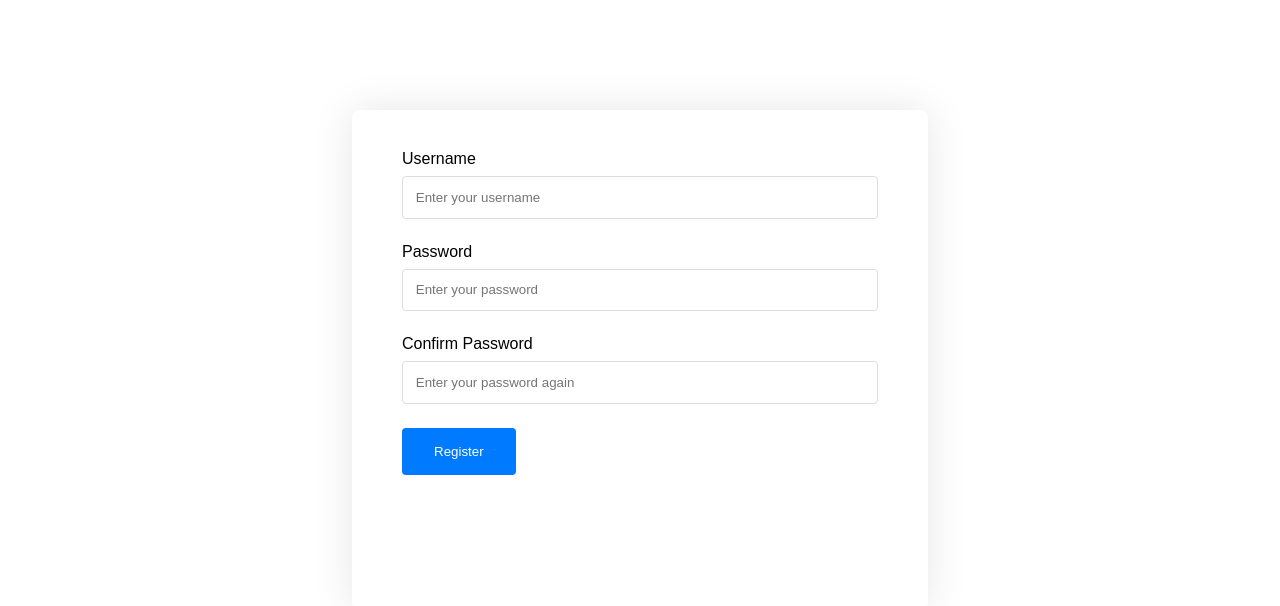
Repository: karicat996/-
Page: /Register
An editor plug-in stored every save of this project. The page is shown before and after the next save, followed by the edit.
The browser window is 1280 px wide. The pictures show the whole page.
The project was rebuilt for these pictures with package versions that can differ from the ones it lists, and the page was loaded fresh each time. Also part of the build but not shown: vite.config.ts, src/index.css, src/pages/Calendar/CalendarPage.tsx, src/pages/Home/HomePage.tsx, src/pages/Plan/Plans.tsx, src/layouts/Layouts.tsx, src/pages/TestDemo/index.tsx, src/pages/404.tsx and 1 more.

Above is the page before, as saved 2025-03-23 16:46:47.

After the next save:
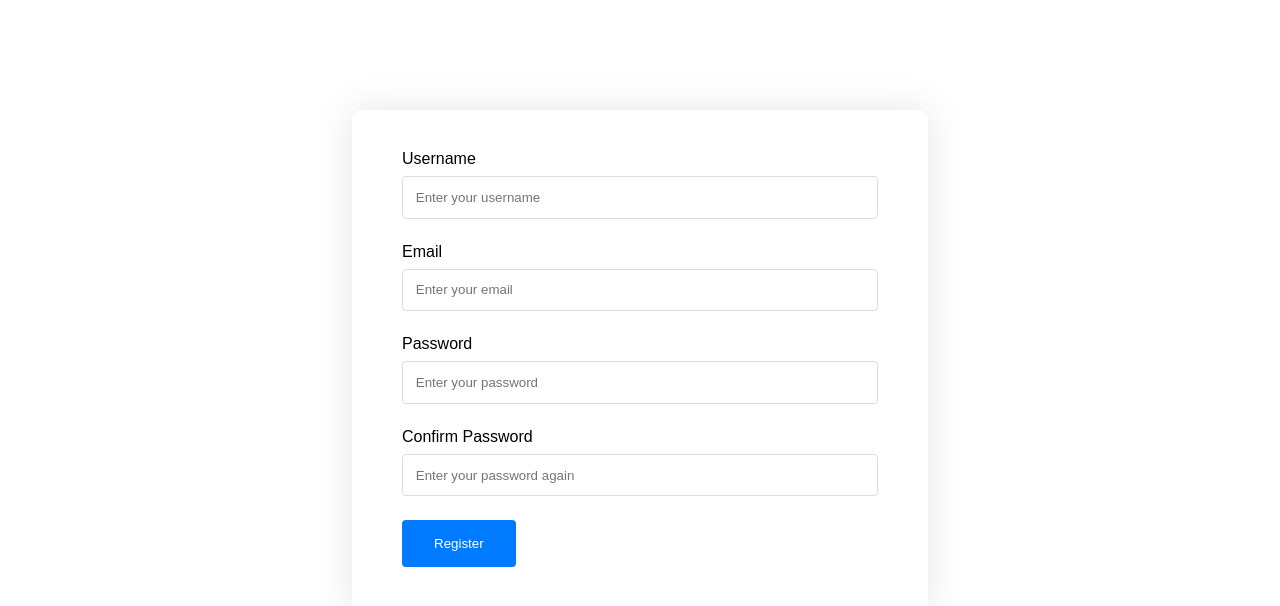
Saved 5 h 7 min later.
--- a/src/pages/User/Register.tsx
+++ b/src/pages/User/Register.tsx
@@ -85,6 +85,17 @@ export const RegisterPage: React.FC =()=>{
             {errors.username  && <span className="error">{errors.username}</span>}
         </div>
         <div className="form-group">
+            <label htmlFor="email">Email</label>
+            <input type="text" id="email"
+             placeholder="Enter your email"
+              value={registerformState.email}
+               onChange={(e)=>setRegisterformState({
+                ...registerformState,username:e.target.value})}
+                disabled = {isLoading}
+                 />
+            {errors.email  && <span className="error">{errors.email}</span>}
+        </div>
+        <div className="form-group">
         <label htmlFor="password">Password</label>
             <input type="password" id="password"
              placeholder="Enter your password"
